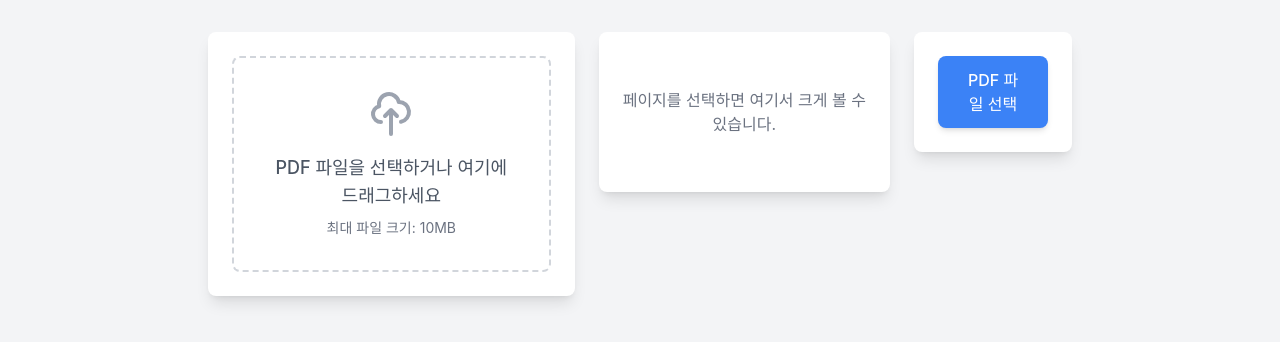
Repository: orcaCrew/PDF-Handler
Page: /
The author's editor kept a copy of each file at every save. The page is drawn from the files as they stood at one save, then again after the next save.
The browser window is 1280 px wide. The pictures show the whole page.
The project was rebuilt for these pictures with package versions that can differ from the ones it lists, and the page was loaded fresh each time.

Above is the page before, as saved 2025-07-18 16:36:17.

After the next save:
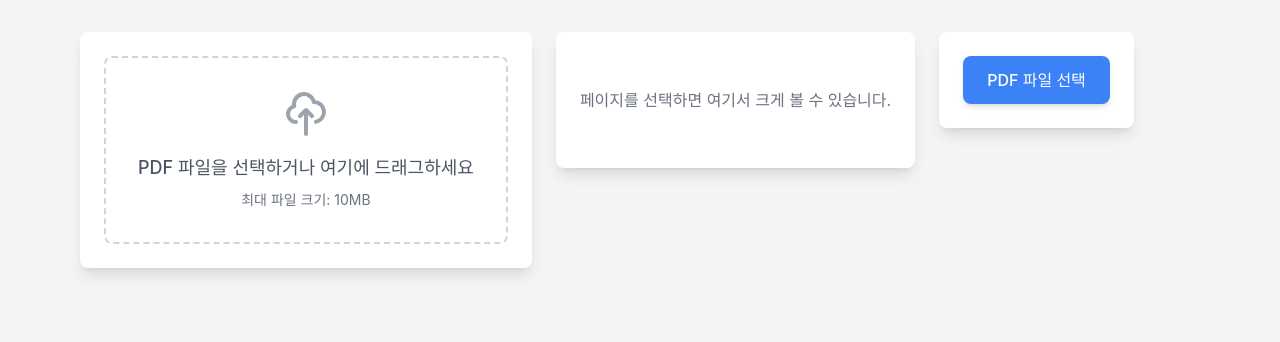
Saved 4 s later.
--- a/src/App.js
+++ b/src/App.js
@@ -88,7 +88,7 @@ function App() {
 
   return (
     <div className="min-h-screen bg-gray-100 py-8">
-      <div className="max-w-4xl mx-auto px-4 space-y-6">
+      <div className="max-w-6xl mx-auto px-4 space-y-6">
         <div className="flex flex-col lg:flex-row gap-6">
           {/* 미리보기 영역 */}
           <div className="lg:w-4/10">
